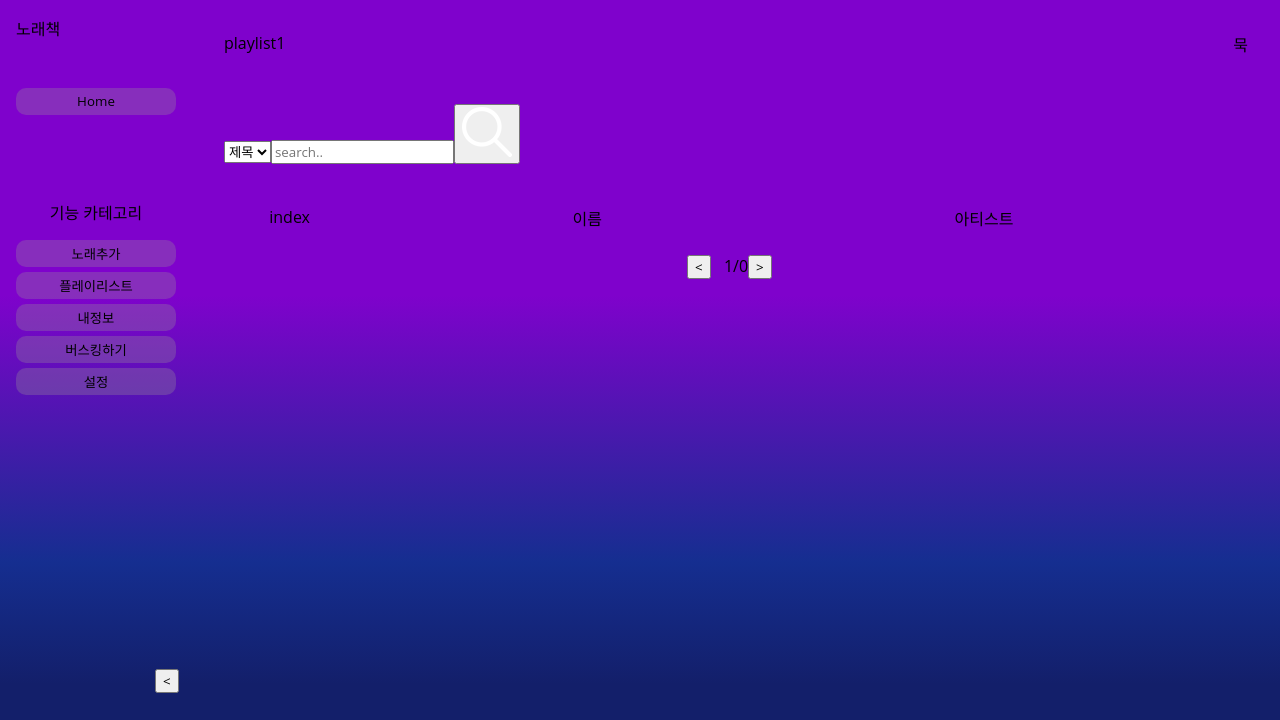
Repository: Unique0902/busking
Page: /app/add
These files come from the project's save history. The page is drawn as it stood at one moment and after the next save; the edit follows.
The browser window is 1280 px wide. The pictures show the whole page.
The page's requests for data from a server got no answer. The project was rebuilt for these pictures with package versions that can differ from the ones it lists, and the page was loaded fresh each time. No one was signed in, and anything a server would have sent is missing. Also part of the build but not shown: src/routes/login/login.module.css, src/components/login_header/login_nav.module.css, src/components/login_header/login_nav.jsx, src/components/app_description/app_description.module.css, src/components/app_description/app_description.jsx, src/routes/login/login.jsx, src/routes/app/app_home/app_home.module.css, src/routes/app/app_home/app_home.jsx and 8 more.

Above is the page before, as saved 2022-08-30 15:07:01.

### public/index.html
<!DOCTYPE html>
<html lang="en">
  <head>
    <meta charset="utf-8" />
    <link rel="icon" href="%PUBLIC_URL%/favicon.ico" />
    <meta name="viewport" content="width=device-width, initial-scale=1" />
    <meta name="theme-color" content="#000000" />
    <meta
      name="description"
      content="Web site created using create-react-app"
    />
    <title>노래책</title>
  </head>
  <body>
    <noscript>You need to enable JavaScript to run this app.</noscript>
    <div id="root"></div>
  </body>
</html>

### src/index.js
import React from 'react';
import ReactDOM from 'react-dom/client';
import './index.css';
import App from './routes/app/app';
import { BrowserRouter, Routes, Route } from 'react-router-dom';
import Login from './routes/login/login';
import App_home from './routes/app/app_home/app_home';
import App_add from './routes/app/app_add/app_add';
import App_busking from './routes/app/app_busking/app_busking';
import App_inform from './routes/app/app_inform/app_inform';
import App_playlist from './routes/app/app_playlist/app_playlist';
import App_setting from './routes/app/app_setting/app_setting';
import axios from 'axios';
import Lastfm from './service/lastfm';

const root = ReactDOM.createRoot(document.getElementById('root'));
const httpClient = axios.create({
  baseURL: 'https://ws.audioscrobbler.com/2.0',
  params: { api_key: process.env.REACT_APP_LASTFM_API_KEY },
});
const lastfm = new Lastfm(httpClient);

root.render(
  <React.StrictMode>
    <BrowserRouter>
      <Routes>
        <Route path='/' element={<Login />} />
        <Route path='app' element={<App />}>
          <Route path='home' element={<App_home />} />
          <Route path='add' element={<App_add lastfm={lastfm} />} />
          <Route path='busking' element={<App_busking />} />
          <Route path='inform' element={<App_inform />} />
          <Route path='playlist' element={<App_playlist />} />
          <Route path='setting' element={<App_setting />} />
        </Route>
      </Routes>
    </BrowserRouter>
  </React.StrictMode>
);

### src/index.css
* {
  box-sizing: border-box;
  font-family: 'Open Sans', sans-serif;
}

button {
  cursor: pointer;
}
li {
  list-style: none;
}
body {
  margin: 0;
}
p,
h1,
h2 {
  margin: 0;
}
ul {
  padding: 0;
}

### src/routes/app/app.jsx
import Sidebar from '../../components/sidebar/sidebar';
import './app.module.css';
import styles from './app.module.css';
import { Routes, Route, Outlet } from 'react-router-dom';
import App_header from '../../components/app_header/app_header';

function App() {
  return (
    <section className={styles.app}>
      <Sidebar />
      <main className={styles.main}>
        <App_header />
        <Outlet />
      </main>
    </section>
  );
}

export default App;

### src/routes/app/app_add/app_add.jsx
import React, { useRef } from 'react';
import { useState } from 'react';
import styles from './app_add.module.css';
import SearchResult from '../../../components/searchResult/searchResult';
import Page_num_screen from '../../../components/page_num_screen/page_num_screen';

const App_add = ({ lastfm }) => {
  const [searchResults, setSearchResults] = useState([]);
  const [resultNum, setResultNum] = useState(0);
  const [pageNum, setPageNum] = useState(1);
  const searchRef = useRef();
  const selectRef = useRef();
  const search = () => {
    if (searchRef.current.value) {
      if (selectRef.current.value === '제목') {
        lastfm
          .searchSongByName(searchRef.current.value, pageNum)
          .then((result) => {
            setSearchResults(result.trackmatches.track);
            setResultNum(parseInt(result['opensearch:totalResults']));
          });
      } else if (selectRef.current.value === '가수') {
        lastfm
          .searchSongByArtist(searchRef.current.value, pageNum)
          .then((result) => {
            setSearchResults(result.trackmatches.track);
            setResultNum(parseInt(result['opensearch:totalResults']));
          });
      }
    }
  };
  const plusPage = () => {
    setPageNum(pageNum + 1);
    search();
  };
  const minusPage = () => {
    if (pageNum !== 1) {
      setPageNum(pageNum - 1);
      search();
    }
  };
  return (
    <>
      <header className={styles.searchBar}>
        <select
          ref={selectRef}
          onChange={() => {
            setPageNum(1);
            search();
          }}
        >
          <option value='제목'>제목</option>
          <option value='가수'>가수</option>
        </select>
        <input
          type='search'
          placeholder='search..'
          ref={searchRef}
          onChange={() => {
            setPageNum(1);
            search();
          }}
        />
        <button type='submit'>
          <img src='/images/search.png' alt='search' />
        </button>
      </header>
      <section className={styles.results}>
        <ul>
          <li className={styles.description}>
            <div className={styles.index}>index</div>
            <div className={styles.name}>이름</div>
            <div className={styles.artist}>아티스트</div>
            <div className={styles.btn}></div>
          </li>
          {searchResults &&
            searchResults.map((result) => (
              <SearchResult
                key={searchResults.indexOf(result)}
                index={searchResults.indexOf(result) + 1 + (pageNum - 1) * 6}
                result={result}
                btnText='추가'
              />
            ))}
        </ul>
        <Page_num_screen
          resultNum={resultNum}
          pageNum={pageNum}
          onPagePlus={plusPage}
          onPageMinus={minusPage}
        />
      </section>
    </>
  );
};

export default App_add;

### src/service/lastfm.js
'use strict';

class Lastfm {
  constructor(httpClient) {
    this.lastfm = httpClient;
  }
  async searchSongByName(title, pageNum) {
    const response = await this.lastfm.get('', {
      params: {
        method: 'track.search',
        track: title,
        page: pageNum,
        limit: '6',
        format: 'json',
      },
    });
    return response.data.results;
  }
  async searchSongByArtist(artist, pageNum) {
    const response = await this.lastfm.get('', {
      params: {
        method: 'track.search',
        track: ' ',
        artist: artist,
        page: pageNum,
        limit: '6',
        format: 'json',
      },
    });
    return response.data.results;
  }
  async searchArtist(artist) {
    const response = await this.lastfm.get('', {
      params: {
        method: 'artist.search',
        artist: artist,
        format: 'json',
      },
    });
    return response.data.results;
  }
  async searchTopTrackByCorrectArtist(mbid) {
    const response = await this.lastfm.get('', {
      params: {
        method: 'artist.gettoptrack',
        mbid: mbid,
        format: 'json',
      },
    });
    return response.data.results;
  }
}

export default Lastfm;

### src/components/sidebar/sidebar.jsx
import React from 'react';
import styles from './sidebar.module.css';
import { useNavigate } from 'react-router-dom';

const Sidebar = (props) => {
  let navigate = useNavigate();
  return (
    <>
      <aside className={styles.sideBar}>
        <div className={styles.logo}>
          <img src='' alt='' />
          <p>노래책</p>
        </div>
        <ul className={styles.list}>
          <li>
            <button
              onClick={() => {
                navigate('home');
              }}
              className={styles.listBtn}
            >
              Home
            </button>
          </li>
          <li>
            <p className={styles.category}>기능 카테고리</p>
          </li>
          <li>
            <button
              onClick={() => {
                navigate('add');
              }}
              className={styles.listBtn}
            >
              노래추가
            </button>
          </li>
          <li>
            <button
              onClick={() => {
                navigate('playlist');
              }}
              className={styles.listBtn}
            >
              플레이리스트
            </button>
          </li>
          <li>
            <button
              onClick={() => {
                navigate('inform');
              }}
              className={styles.listBtn}
            >
              내정보
            </button>
          </li>
          <li>
            <button
              onClick={() => {
                navigate('busking');
              }}
              className={styles.listBtn}
            >
              버스킹하기
            </button>
          </li>
          <li>
            <button
              onClick={() => {
                navigate('setting');
              }}
              className={styles.listBtn}
            >
              설정
            </button>
          </li>
          <li>
            <button className={styles.closeBtn}> {'<'} </button>
          </li>
        </ul>
      </aside>
    </>
  );
};

export default Sidebar;

### src/routes/app/app.module.css
@value makerWhite from  '../../common/colors.css';

.app {
  background: rgb(127, 2, 204);
  background: linear-gradient(
    180deg,
    rgba(127, 2, 204, 1) 41%,
    rgba(21, 46, 144, 1) 78%,
    rgba(19, 31, 106, 1) 95%
  );
  color: makerWhite;
  height: 100vh;
  display: flex;
}

.main {
  flex-basis: 85%;
  padding: 2em;
}

### src/components/app_header/app_header.jsx
import React from 'react';
import styles from './app_header.module.css';

const App_header = (props) => {
  return (
    <>
      <header className={styles.header}>
        <div className={styles.playlists}>playlist1</div>
        <div className={styles.users}>묵</div>
      </header>
    </>
  );
};

export default App_header;

### src/routes/app/app_add/app_add.module.css
.results {
  height: 30em;
}
.searchBar {
  margin-bottom: 2em;
}
.description {
  display: flex;
  flex-direction: row;
  justify-content: space-between;
  text-align: center;
  padding: 0.6em 1em;
}
.index {
  flex-basis: 10%;
}
.name {
  flex-basis: 50%;
}
.artist {
  flex-basis: 30%;
}
.btn {
  flex-basis: 10%;
}

### src/components/page_num_screen/page_num_screen.jsx
import React from 'react';
import styles from './page_num_screen.module.css';

const Page_num_screen = ({ resultNum, pageNum, onPagePlus, onPageMinus }) => {
  return (
    <div className={styles.screen}>
      <button className={styles.btn} onClick={() => onPageMinus()}>
        {'<'}
      </button>
      <p>{pageNum}/</p>
      <p>{parseInt(resultNum / 6)}</p>
      <button className={styles.btn} onClick={() => onPagePlus()}>
        {'>'}
      </button>
    </div>
  );
};

export default Page_num_screen;

### src/components/sidebar/sidebar.module.css
@value makerWhite from  '../../common/colors.css';
@value makerBlack from  '../../common/colors.css';
@value makerLightGrey from  '../../common/colors.css';
@value makerGrey from  '../../common/colors.css';
@value fontBigg from  '../../common/size.css';
@value fontMedium from  '../../common/size.css';
@value fontMediumm from  '../../common/size.css';
@value fontSmall from  '../../common/size.css';

.sideBar {
  flex-basis: 15%;
  padding: 1em;
  background-color: makerBlack;
  color: makerWhite;
  position: relative;
}
.logo {
  display: flex;
  font-size: fontBigg;
  margin-bottom: 3em;
}
.category {
  color: makerLightGrey;
  font-size: fontMediumm;
  text-align: center;
  margin-top: 5em;
  margin-bottom: 1em;
}

.listBtn {
  background-color: rgba(151, 149, 149, 0.3);
  border: none;
  border-radius: 10px;
  height: 2em;
  margin-bottom: 0.4em;
  width: 100%;
  font-size: fontMedium;
  color: makerWhite;
}
.list > li {
  width: 100%;
}
.closeBtn {
  position: absolute;
  right: 1em;
  bottom: 2em;
  background-color: makerBlack;
  color: makerWhite;
}

### src/components/app_header/app_header.module.css
.header {
  display: flex;
  justify-content: space-between;
  margin-bottom: 3em;
}

### src/components/page_num_screen/page_num_screen.module.css
@value makerWhite from  '../../common/colors.css';
@value makerBlack from  '../../common/colors.css';
@value makerLightGrey from  '../../common/colors.css';
@value makerGrey from  '../../common/colors.css';
@value fontBigg from  '../../common/size.css';
@value fontMedium from  '../../common/size.css';
@value fontMediumm from  '../../common/size.css';
@value fontSmall from  '../../common/size.css';

.screen {
  display: flex;
  justify-content: center;
}
.btn {
  margin-right: 1em;
}

Loaded but not shown: src/routes/app/app_inform/app_inform.module.css (no stored copy; drawn as an empty file); src/routes/app/app_setting/app_setting.module.css (no stored copy; drawn as an empty file)

After the next save:
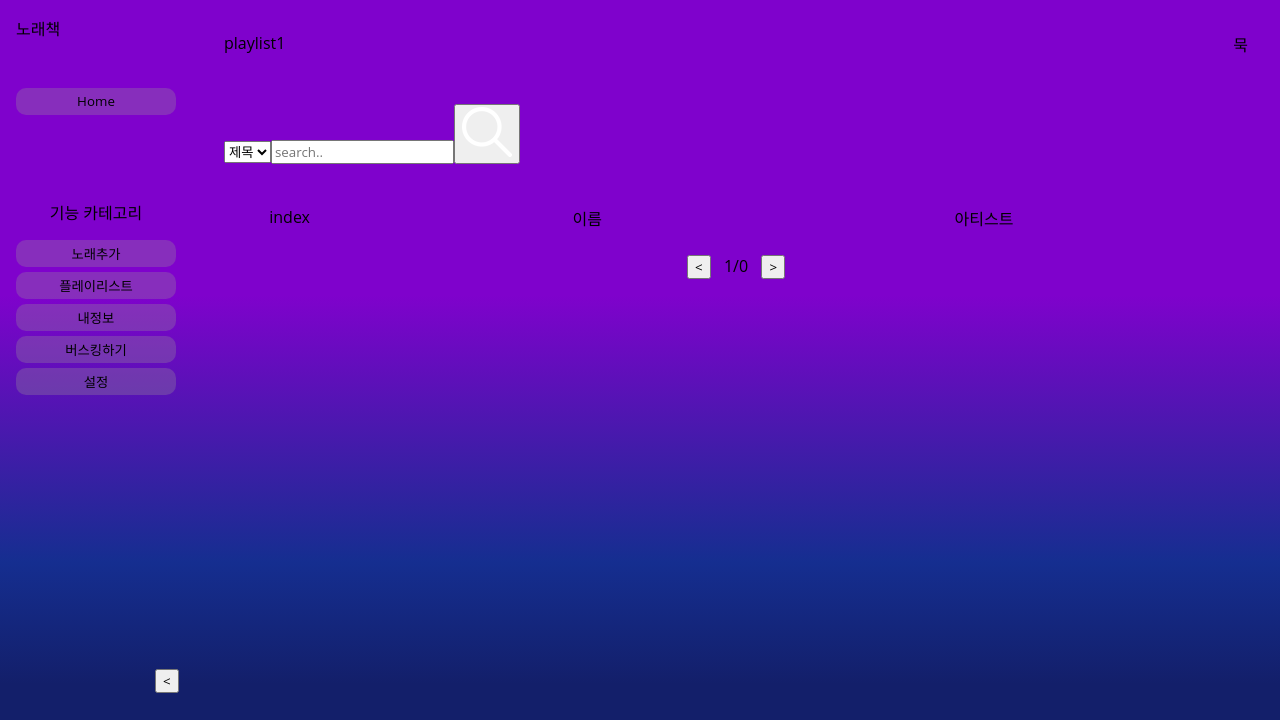
Saved 6 s later.
--- a/src/components/page_num_screen/page_num_screen.module.css
+++ b/src/components/page_num_screen/page_num_screen.module.css
@@ -12,5 +12,5 @@
   justify-content: center;
 }
 .btn {
-  margin-right: 1em;
+  margin: 0 1em;
 }
